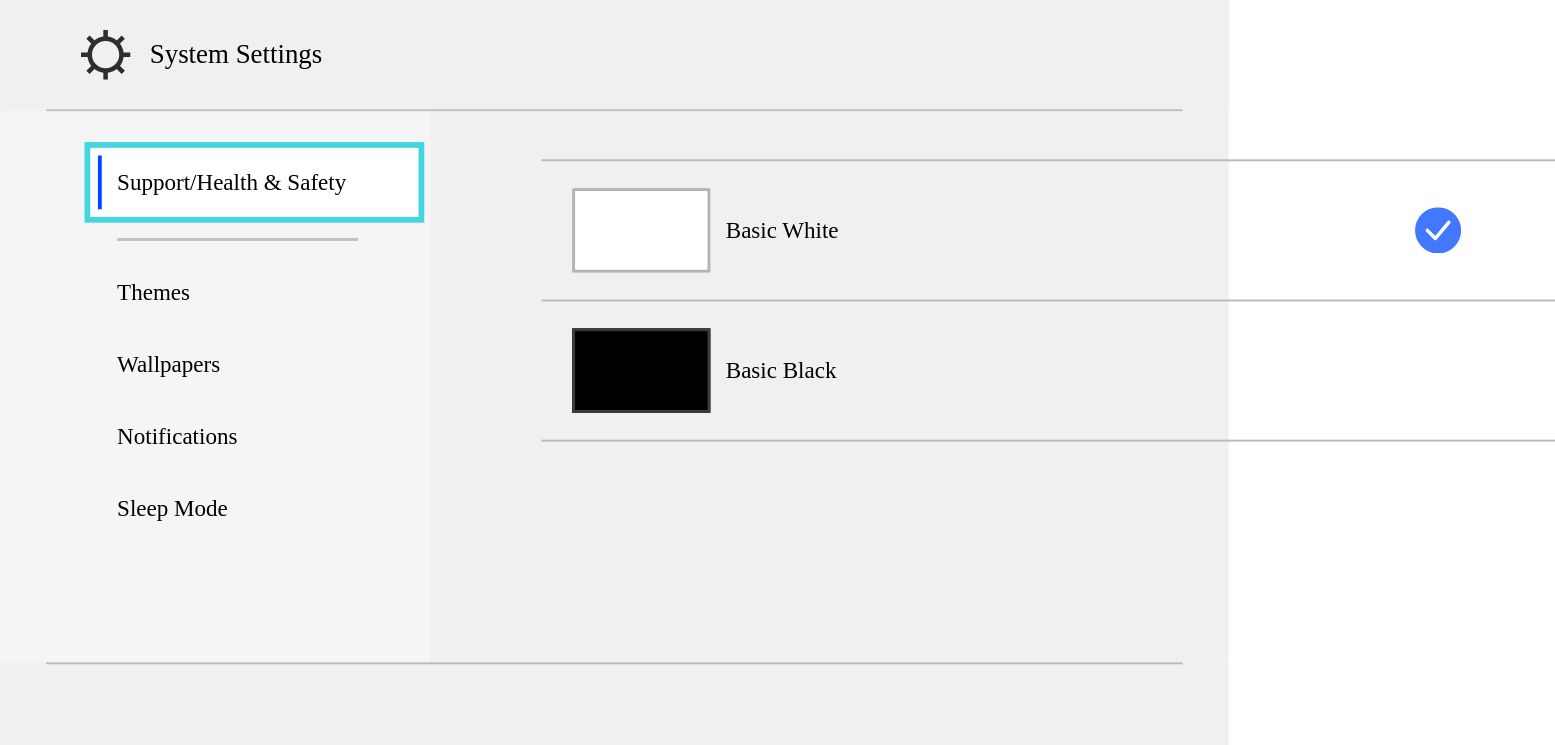
Repository: danielj1415/nintendoSwitchUI2
Page: /settings
The author's editor kept a copy of each file at every save. The page is drawn from the files as they stood at one save, then again after the next save.
The browser window is 1280 px wide. The page is 1620 px wide, so the pictures cover 1620 px, including what lies to the right of the window. The pictures show the whole page, at 96% of full size.
The project was rebuilt for these pictures with package versions that can differ from the ones it lists, and the page was loaded fresh each time. Also part of the build but not shown: vite.config.js, src/ScreenHome.jsx.

Above is the page before, as saved 2024-09-30 09:58:51.

After the next save:
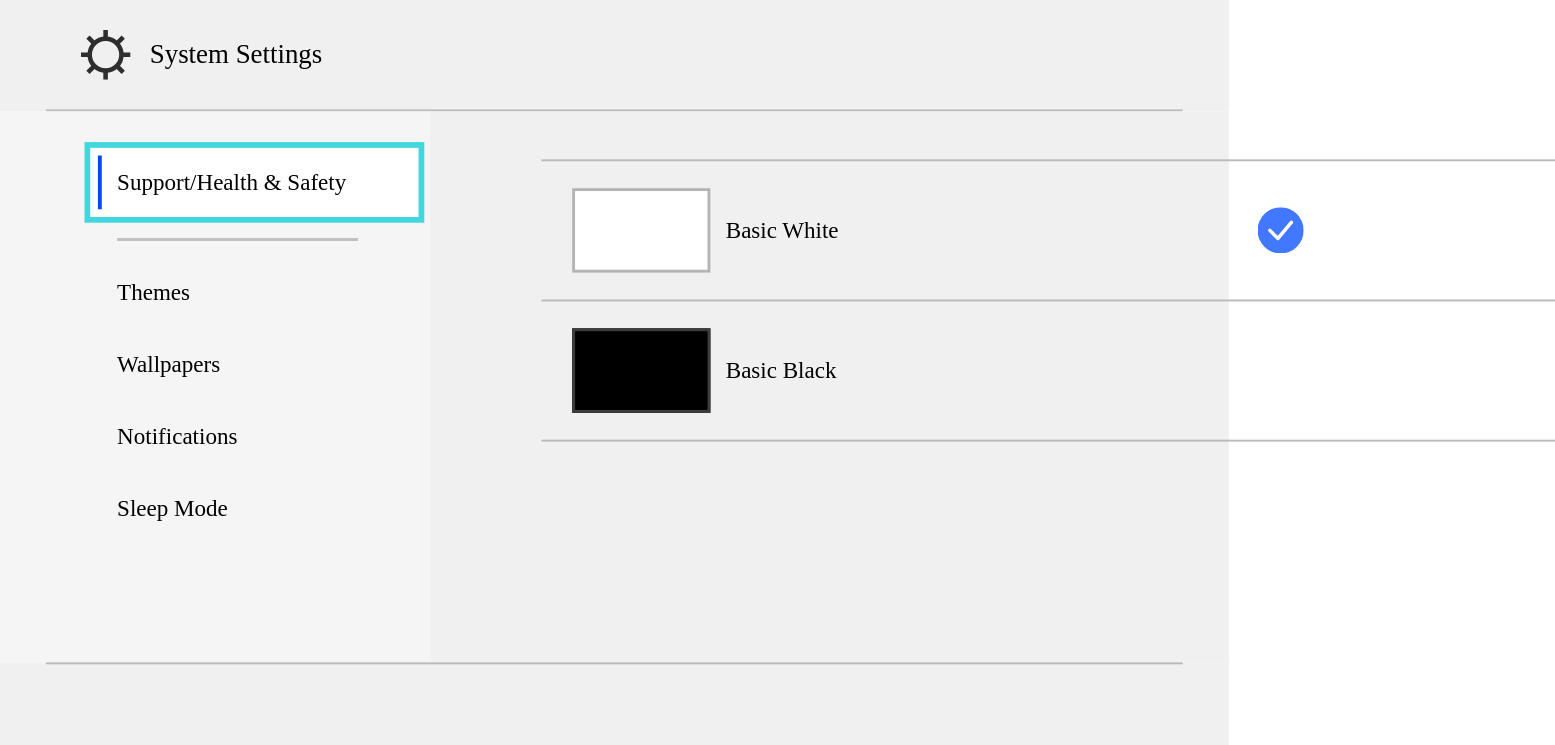
Saved 35 s later.
--- a/src/ScreenSettings.css
+++ b/src/ScreenSettings.css
@@ -300,4 +300,9 @@
         .marginLeft144{
             margin-left: 116px;
         }
-    }
+        .iconCheckMark{
+            width: 48px;
+            height: 48px;
+            margin-left: 436px;
+        }
+    }
